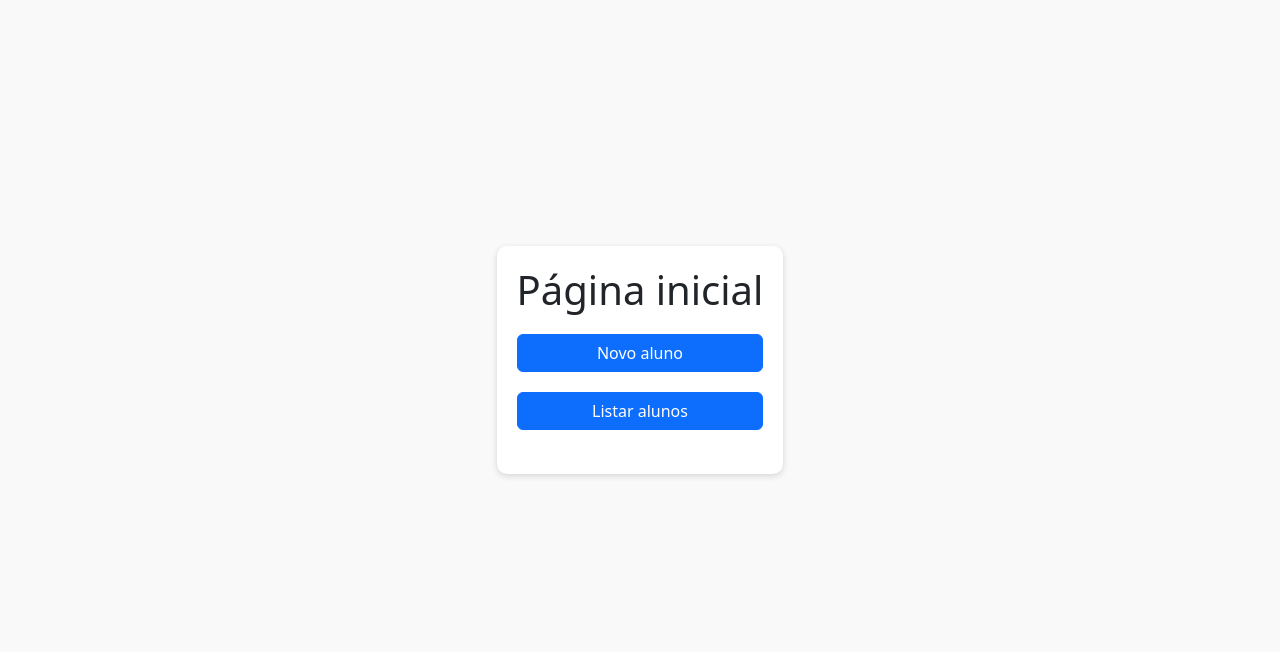
Repository: juliatbarbosa/CRUD-ALUNOS
Page: http://localhost/OlaMundo/alunos/cadastro/index.jsp
These files come from the project's save history. The page is drawn as it stood at one moment and after a run of saves; the edit follows.
The browser window is 1280 px wide. The pictures show the whole page.
The page is served by Tomcat 9.

Above is the page before, as saved 2024-09-29 21:16:50.

After the next 2 saves:
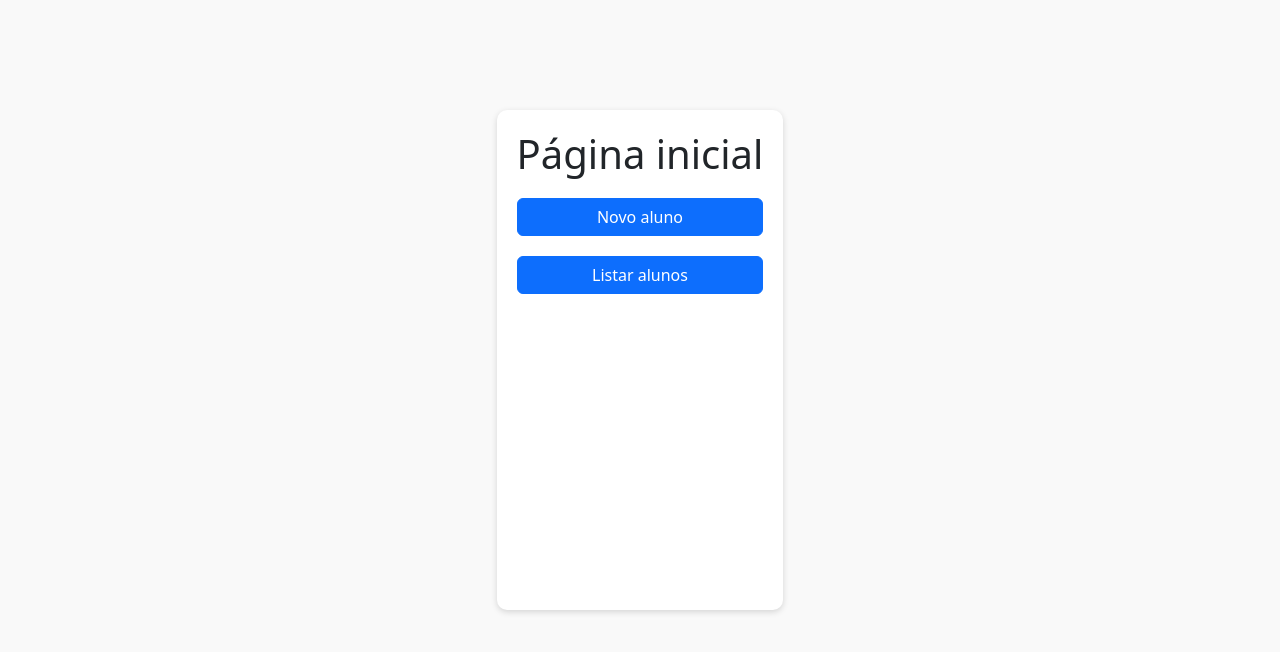
The 2 saves are shown as one change because they came seconds apart.
The last was saved 7 s later.
--- a/OlaMundo/src/main/webapp/alunos/cadastro/index.jsp
+++ b/OlaMundo/src/main/webapp/alunos/cadastro/index.jsp
@@ -25,7 +25,8 @@ body {
 	padding: 20px;
 	border-radius: 10px;
 	box-shadow: 0 2px 6px 0px rgba(0, 0, 0, 0.15);
-	heig
+	height: 500px;
+
 	}
 
 	h1 {
